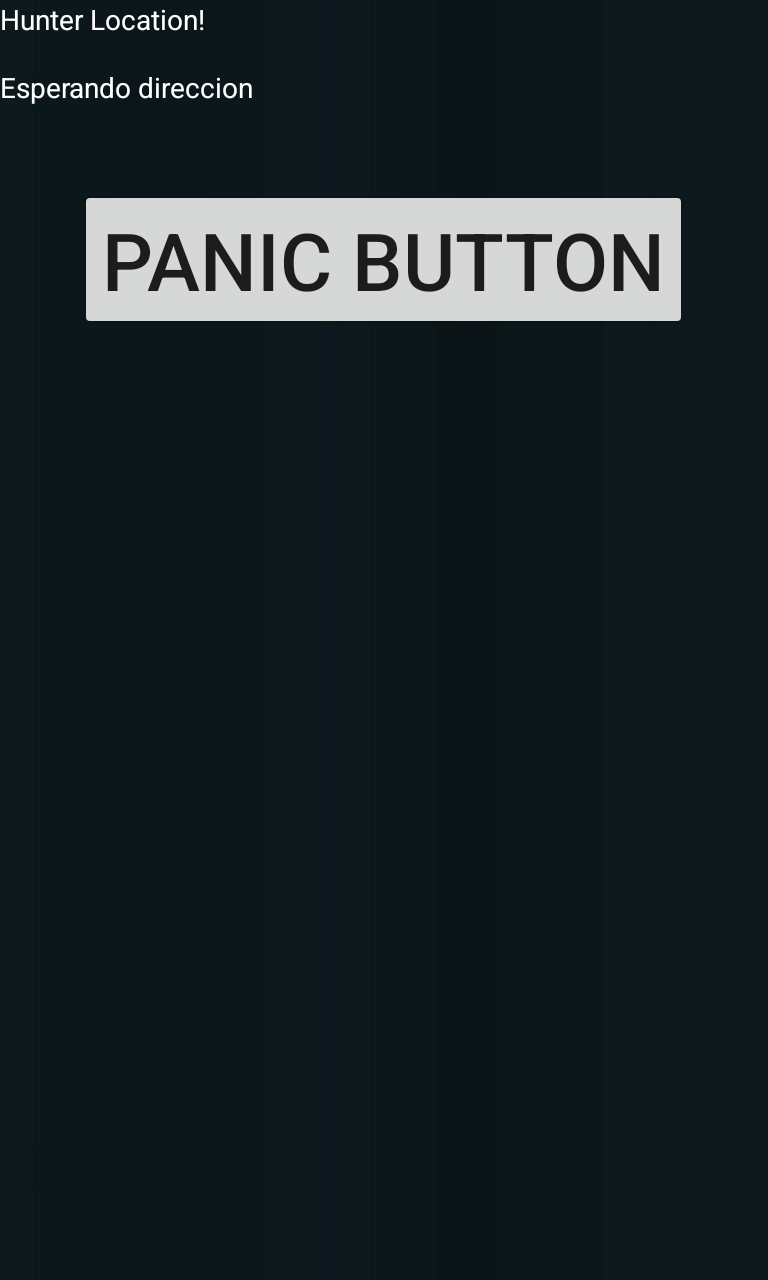
Repository: aludena18/android_apps
Layout: AlarmServiceLocation/res/layout/activity_main.xml
These files come from the project's save history. The layout is drawn as it stood at one moment and after the next save; the edit follows.
It is drawn on a 768 x 1280 px phone screen (xhdpi) without system bars, with theme AppTheme; the app's code is not run.

Above is the layout before, as saved 2015-07-20 14:58:51.

### AlarmServiceLocation/res/layout/activity_main.xml
<LinearLayout xmlns:android="http://schemas.android.com/apk/res/android"
    xmlns:tools="http://schemas.android.com/tools"
    android:layout_width="match_parent"
    android:layout_height="match_parent"
    android:orientation="vertical"
    android:background="@drawable/fondo2"
    tools:context="com.alg.alarmservicelocation.MainActivity" >

    <TextView
        android:layout_width="wrap_content"
        android:layout_height="wrap_content"
        android:textColor="#ffffff"
        android:text="@string/hello_world" />

    <LinearLayout
        android:layout_width="wrap_content"
        android:layout_height="wrap_content"
        android:orientation="horizontal" >

        <TextView
            android:id="@+id/txvDireccion"
            android:layout_width="wrap_content"
            android:layout_height="wrap_content"
            android:layout_marginTop="15dp"
            android:textColor="#ffffff"
            android:text="@string/etqTxvDireccion" />
    </LinearLayout>

    <LinearLayout
        android:paddingTop="40dp"
        android:layout_width="match_parent"
        android:layout_height="wrap_content"
        android:gravity="center_horizontal"
        android:orientation="horizontal" >
        <Button
            android:id="@+id/btnPanic"
            android:layout_width="wrap_content"
            android:layout_height="wrap_content"
            android:textSize="40sp"
            android:text="@string/etqBtnPanic" />
    </LinearLayout>

</LinearLayout>

### AlarmServiceLocation/res/values/strings.xml
<?xml version="1.0" encoding="utf-8"?>
<resources>

    <string name="app_name">Alarm Service Location</string>
    <string name="hello_world">Hunter Location!</string>
    <string name="action_settings">Settings</string>

    <string name="etqBtnPanic">Panic Button</string>
    <string name="etqTxvDireccion">Esperando direccion</string>

</resources>

Loaded but not shown: AlarmServiceLocation/res/values/styles.xml (common file); AlarmServiceLocation/res/values-v11/styles.xml (common file); AlarmServiceLocation/res/values-v14/styles.xml (common file)

After the next save:
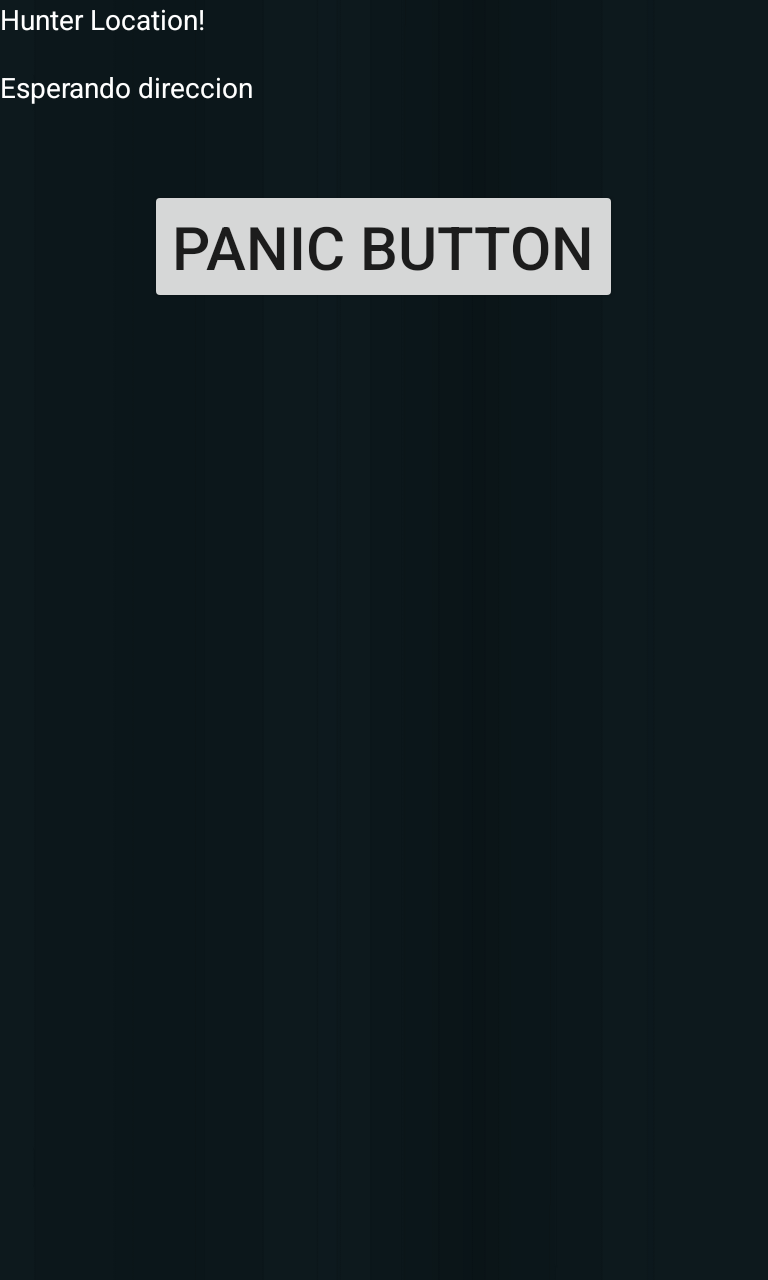
Saved 8 s later.
--- a/AlarmServiceLocation/res/layout/activity_main.xml
+++ b/AlarmServiceLocation/res/layout/activity_main.xml
@@ -36,7 +36,7 @@
             android:id="@+id/btnPanic"
             android:layout_width="wrap_content"
             android:layout_height="wrap_content"
-            android:textSize="40sp"
+            android:textSize="30sp"
             android:text="@string/etqBtnPanic" />
     </LinearLayout>
 
